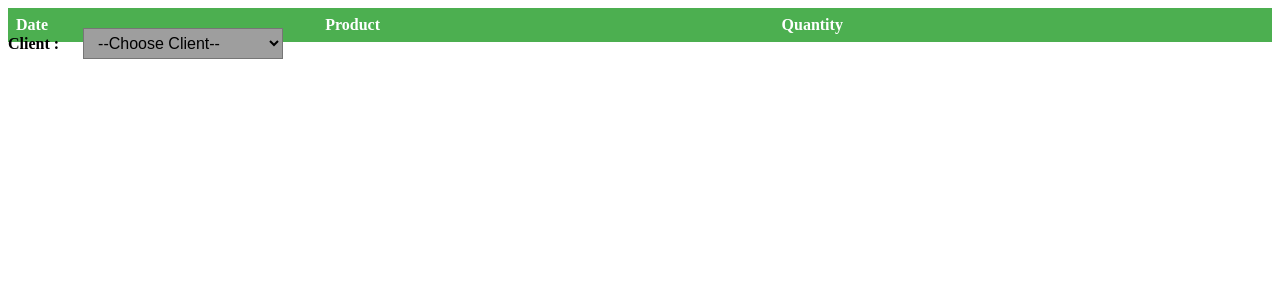
Repository: erjaimin/coding-ground
Page: http://localhost/SalesWebApp/stats.jsp
These files come from the project's save history. The page is drawn as it stood at one moment and after the next save; the edit follows.
The browser window is 1280 px wide. The pictures show the whole page.
Pictures or frames that could not be fetched are drawn as grey boxes. Some web libraries are served in a nearby version. The page is served by Tomcat 9. Queries for data that is not in the repository find no rows.

Above is the page before, as saved 2017-11-28 18:39:06.

After the next save:
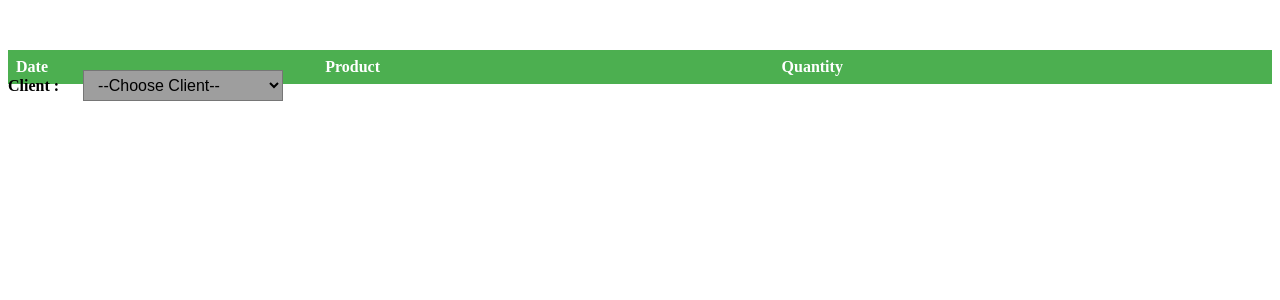
Saved 14 s later.
--- a/SalesWebApp/WebContent/stats.jsp
+++ b/SalesWebApp/WebContent/stats.jsp
@@ -133,7 +133,9 @@
 		    border-collapse: collapse;
 		    width: 100%;
 		}
-
+		.table{
+			margin-top: 50px;
+		}
 		th, td {
 		    text-align: left;
 		    padding: 8px;

After the save that followed:
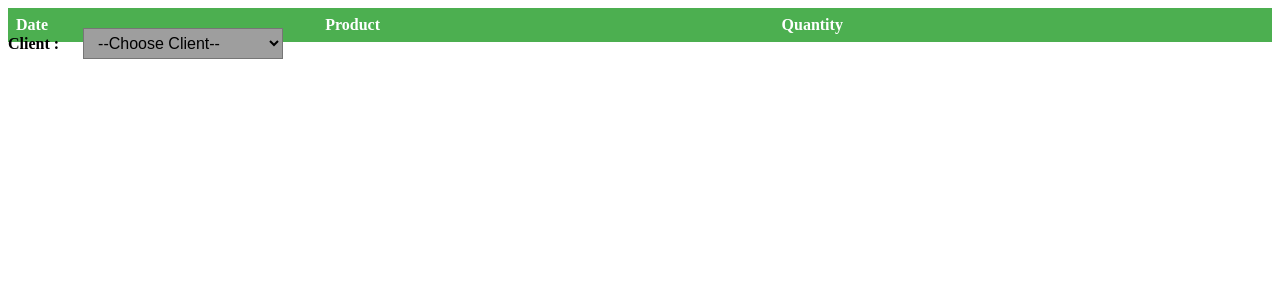
Saved 71 s later.
--- a/SalesWebApp/WebContent/stats.jsp
+++ b/SalesWebApp/WebContent/stats.jsp
@@ -133,9 +133,6 @@
 		    border-collapse: collapse;
 		    width: 100%;
 		}
-		.table{
-			margin-top: 50px;
-		}
 		th, td {
 		    text-align: left;
 		    padding: 8px;
